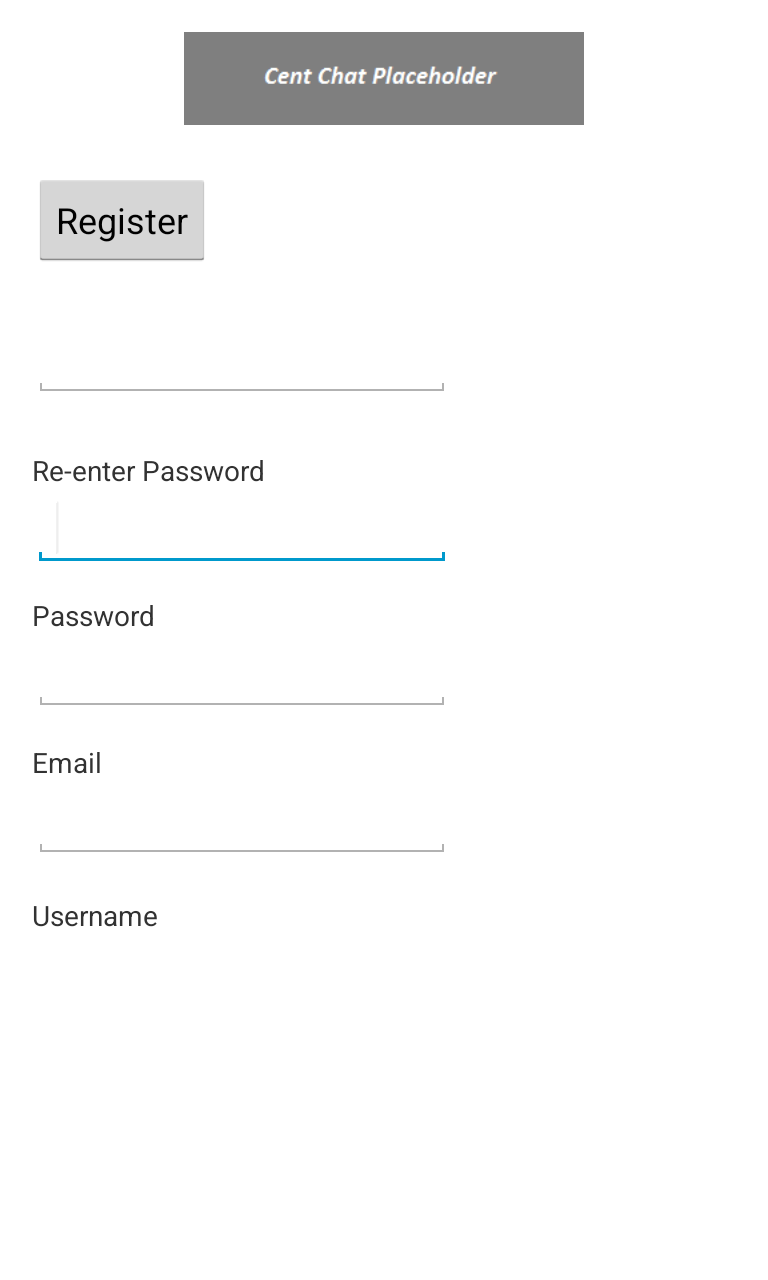
Repository: emeryduh/AndroidProject
Layout: client/TeamJonesProject/res/layout/activity_registration.xml
An editor plug-in stored every save of this project. The layout is shown before and after the next save, followed by the edit.
It is drawn on a 768 x 1280 px phone screen (xhdpi) without system bars, with theme AppTheme; the app's code is not run.

Above is the layout before, as saved 2014-10-01 01:54:23.

### client/TeamJonesProject/res/layout/activity_registration.xml
<RelativeLayout xmlns:android="http://schemas.android.com/apk/res/android"
    xmlns:tools="http://schemas.android.com/tools"
    android:layout_width="match_parent"
    android:layout_height="match_parent"
    android:paddingBottom="@dimen/activity_vertical_margin"
    android:paddingLeft="@dimen/activity_horizontal_margin"
    android:paddingRight="@dimen/activity_horizontal_margin"
    android:paddingTop="@dimen/activity_vertical_margin"
    tools:context="com.comp313.RegistrationActivity" >

    <LinearLayout
        android:id="@+id/linearLayout_header"
        android:layout_width="match_parent"
        android:layout_height="@dimen/bodySpacing_headerHeight"
        android:layout_alignParentLeft="true"
        android:layout_alignParentTop="true"
        android:orientation="vertical" >

        <ImageView
            android:id="@+id/imageView1"
            android:layout_width="wrap_content"
            android:layout_height="wrap_content"
            android:layout_gravity="center_horizontal"
            android:src="@drawable/header_300x70" />
    </LinearLayout>

    <LinearLayout
        android:id="@+id/linearLayout_body"
        android:layout_width="match_parent"
        android:layout_height="wrap_content"
        android:layout_alignLeft="@+id/linearLayout_header"
        android:layout_below="@+id/linearLayout_header"
        android:orientation="vertical" >

        <Button
            android:id="@+id/submit_registration_button"
            android:layout_width="wrap_content"
            android:layout_height="wrap_content"
            android:layout_alignParentBottom="true"
            android:layout_centerHorizontal="true"
            android:layout_marginBottom="26dp"
            android:text="@string/submit_registration_text" />

        <EditText
            android:id="@+id/password_registration_check_field"
            android:layout_width="wrap_content"
            android:layout_height="wrap_content"
            android:layout_above="@+id/submit_registration_button"
            android:layout_centerHorizontal="true"
            android:layout_marginBottom="26dp"
            android:ems="10"
            android:inputType="textPassword" />

        <TextView
            android:id="@+id/password_registration_check"
            android:layout_width="wrap_content"
            android:layout_height="wrap_content"
            android:layout_above="@+id/password_registration_check_field"
            android:layout_centerHorizontal="true"
            android:text="@string/password_registration_check_text" />

        <EditText
            android:id="@+id/password_registration_field"
            android:layout_width="wrap_content"
            android:layout_height="wrap_content"
            android:layout_above="@+id/password_registration_check"
            android:layout_alignLeft="@+id/email_registration_field"
            android:layout_marginBottom="14dp"
            android:ems="10"
            android:inputType="textPassword" >

            <requestFocus />
        </EditText>

        <TextView
            android:id="@+id/password_registration"
            android:layout_width="wrap_content"
            android:layout_height="wrap_content"
            android:layout_alignRight="@+id/username_registration"
            android:layout_centerVertical="true"
            android:text="@string/password_registration_text" />

        <EditText
            android:id="@+id/email_registration_field"
            android:layout_width="wrap_content"
            android:layout_height="wrap_content"
            android:layout_above="@+id/password_registration"
            android:layout_alignRight="@+id/password_registration_check_field"
            android:layout_marginBottom="15dp"
            android:ems="10"
            android:inputType="textEmailAddress" />

        <TextView
            android:id="@+id/email_registration"
            android:layout_width="wrap_content"
            android:layout_height="wrap_content"
            android:layout_above="@+id/email_registration_field"
            android:layout_centerHorizontal="true"
            android:text="@string/email_registration_text" />

        <EditText
            android:id="@+id/username_registration_field"
            android:layout_width="wrap_content"
            android:layout_height="wrap_content"
            android:layout_above="@+id/email_registration"
            android:layout_centerHorizontal="true"
            android:layout_marginBottom="18dp"
            android:ems="10"
            android:inputType="text" />

        <TextView
            android:id="@+id/username_registration"
            android:layout_width="wrap_content"
            android:layout_height="wrap_content"
            android:layout_above="@+id/username_registration_field"
            android:layout_centerHorizontal="true"
            android:text="@string/username_registration_text" />
    </LinearLayout>

</RelativeLayout>

### client/TeamJonesProject/res/values/dimens.xml
<resources>

    <!-- Default screen margins, per the Android Design guidelines. -->
    <dimen name="activity_horizontal_margin">16dp</dimen>
    <dimen name="activity_vertical_margin">16dp</dimen>

    <!-- Chat Activity Configuration -->
    <dimen name="chatbox_min_height">15dp</dimen>
    <dimen name="chatbox_max_height">150dp</dimen>
    <dimen name="chatbox_min_width">15dp</dimen>
    <dimen name="chatbox_max_width">150dp</dimen>

    <!-- Registration Activity Configuration -->
    <dimen name="bodySpacing_headerHeight">70dp</dimen>
    <dimen name="bodySpacing_top">20dp</dimen>
</resources>

### client/TeamJonesProject/res/values/strings.xml
<?xml version="1.0" encoding="utf-8"?>
<resources>

    <string name="app_name">CentChat</string>
    <string name="action_settings">Settings</string>

    <!-- Chat screen text -->
    <string name="btnSend_text">Send</string>
    <string name="default_text">Welcome to CentChat!</string>
    <string name="default_clientType_text">Type a message here.</string>

    <!-- Login screen text -->
    <string name="username_text">Username</string>
    <string name="password_text">Password</string>
    <string name="rememberMe_text">Remember Me</string>
    <string name="login_text">Login</string>
    <string name="title_activity_login">Login Form</string>

    <!-- Registration screen text -->
    <string name="username_registration_text">Username</string>
    <string name="email_registration_text">Email</string>
    <string name="password_registration_text">Password</string>
    <string name="password_registration_check_text">Re-enter Password</string>
    <string name="submit_registration_text">Register</string>
    <string name="title_activity_registration">Registration Form</string>


</resources>

Loaded but not shown: client/TeamJonesProject/res/values/styles.xml (common file); client/TeamJonesProject/res/values-v11/styles.xml (common file); client/TeamJonesProject/res/values-v14/styles.xml (common file); client/TeamJonesProject/res/values-w820dp/dimens.xml (common file)

After the next save:
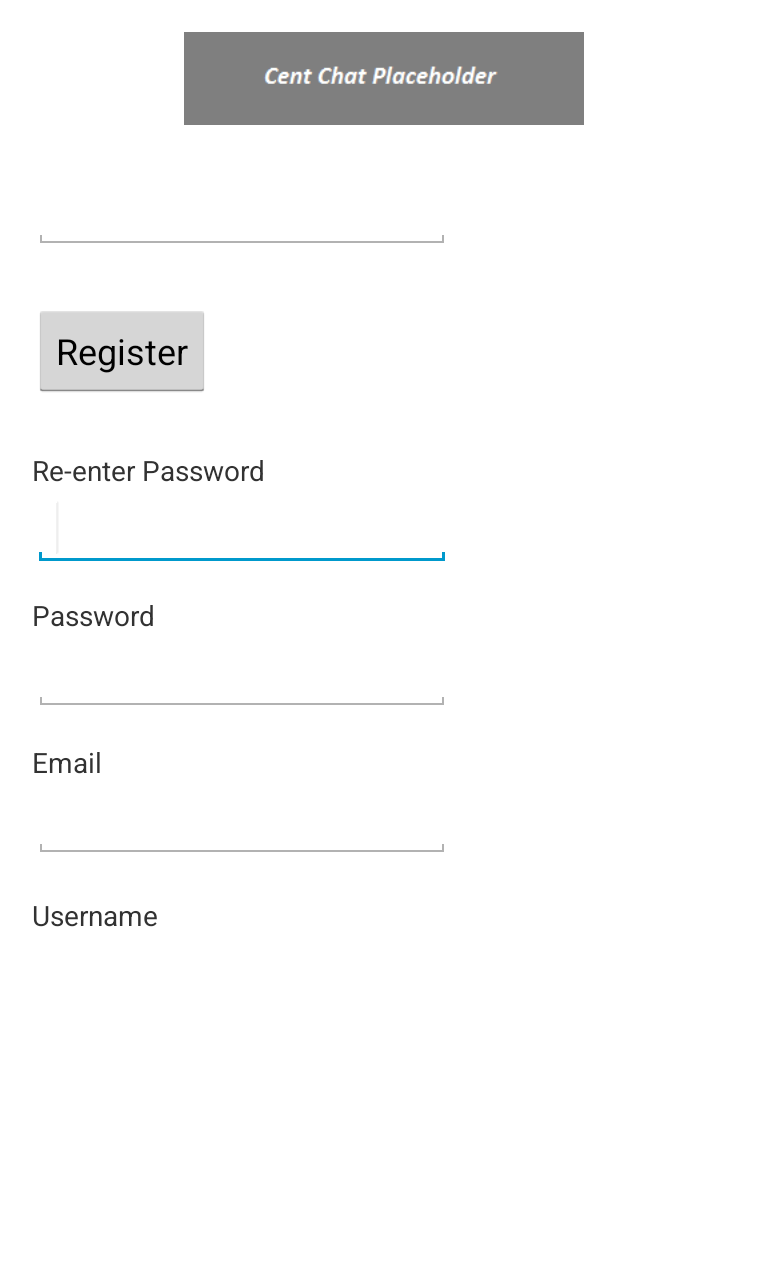
Saved 43 s later.
--- a/client/TeamJonesProject/res/layout/activity_registration.xml
+++ b/client/TeamJonesProject/res/layout/activity_registration.xml
@@ -32,15 +32,6 @@
         android:layout_below="@+id/linearLayout_header"
         android:orientation="vertical" >
 
-        <Button
-            android:id="@+id/submit_registration_button"
-            android:layout_width="wrap_content"
-            android:layout_height="wrap_content"
-            android:layout_alignParentBottom="true"
-            android:layout_centerHorizontal="true"
-            android:layout_marginBottom="26dp"
-            android:text="@string/submit_registration_text" />
-
         <EditText
             android:id="@+id/password_registration_check_field"
             android:layout_width="wrap_content"
@@ -50,6 +41,15 @@
             android:layout_marginBottom="26dp"
             android:ems="10"
             android:inputType="textPassword" />
+
+        <Button
+            android:id="@+id/submit_registration_button"
+            android:layout_width="wrap_content"
+            android:layout_height="wrap_content"
+            android:layout_alignParentBottom="true"
+            android:layout_centerHorizontal="true"
+            android:layout_marginBottom="26dp"
+            android:text="@string/submit_registration_text" />
 
         <TextView
             android:id="@+id/password_registration_check"
